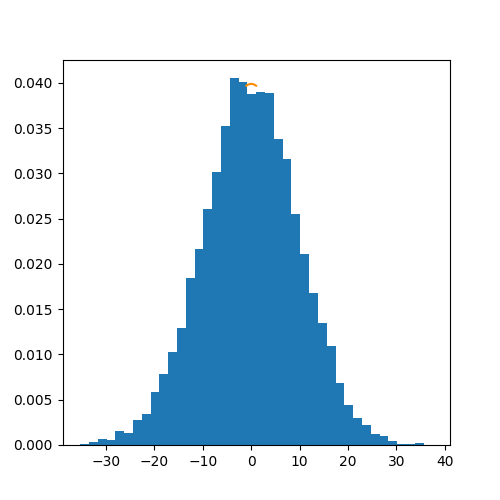
Repository: nishimuraHikar/PythonShowGraph
Script's output: python main.py
The author's editor kept a copy of each file at every save. The script's output is drawn from the files as they stood at one save, then again after the next save.
Random numbers start from a fixed seed.

Above is the script's output before, as saved 2022-03-03 02:08:21.

After the next save:
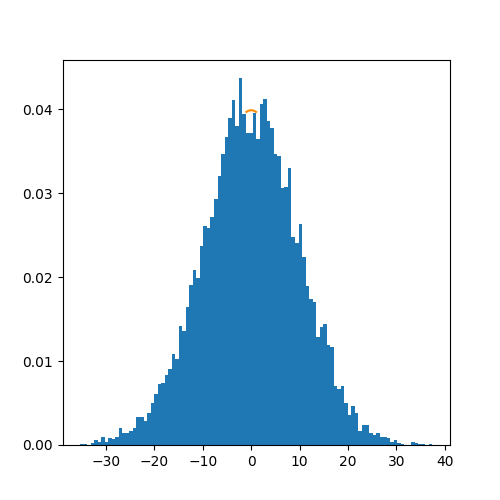
Saved 12 s later.
--- a/main.py
+++ b/main.py
@@ -13,4 +13,4 @@ predictdatay = graph.ReadColumn(datafile, 4)
 # graph.graph_1data(timedata, rawdata, "Raw Data")
 # graph.graph_2data(timedata, rawdata, predictdata, "Raw Data", "Predict Data")
 # graph.multiplot_2and1(timedata, forcedatax, predictdatax, forcedatay,predictdatay, "Actual X", "Predict X", "Actual Y", "Predict Y")
-graph.histgram(np.random.normal(0, 10, 10000), 40, 10)
+graph.histgram(np.random.normal(0, 10, 10000), 100, 10)
